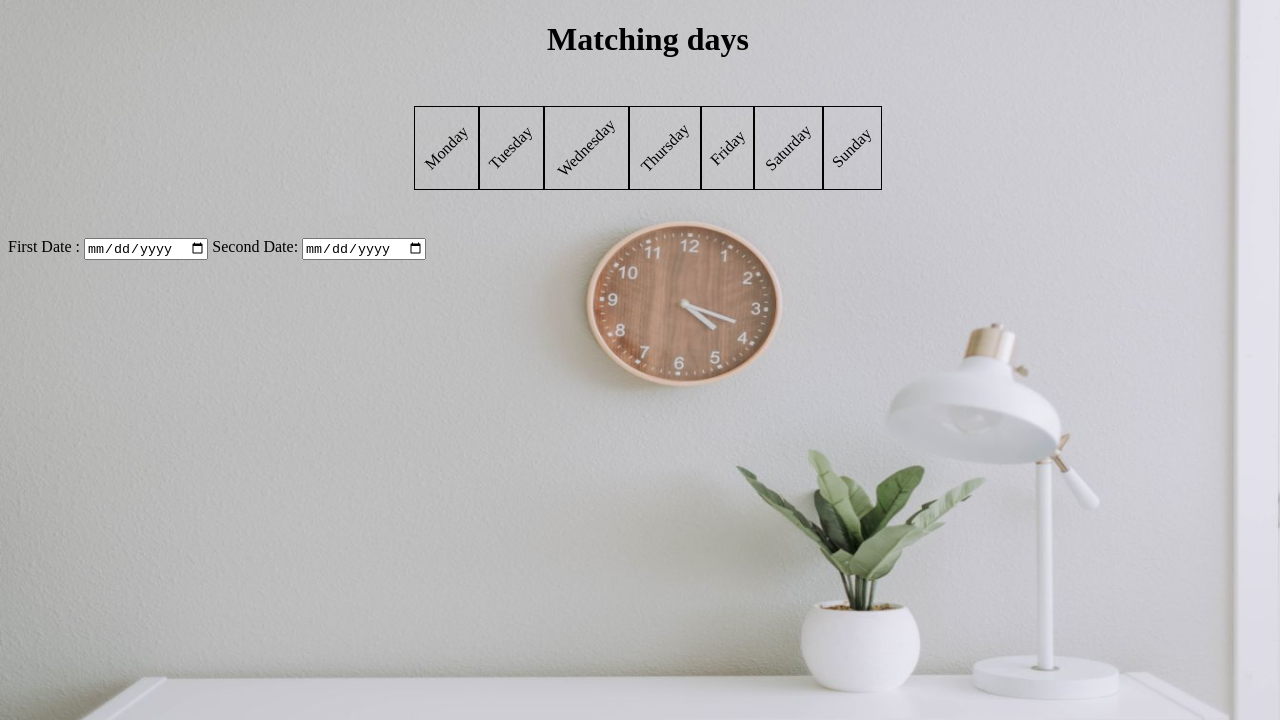
Repository: lasity34/matching-days
Page: index.html
An editor plug-in stored every save of this project. The page is shown before and after the next save, followed by the edit.
The browser window is 1280 px wide. The page is 1288 px wide, so the pictures cover 1288 px, including what lies to the right of the window. The pictures show the whole page.
Some web fonts or font styles are not loaded; a fallback is used. Some web libraries are served in a nearby version.

Above is the page before, as saved 2023-05-10 10:41:23.

After the next save:
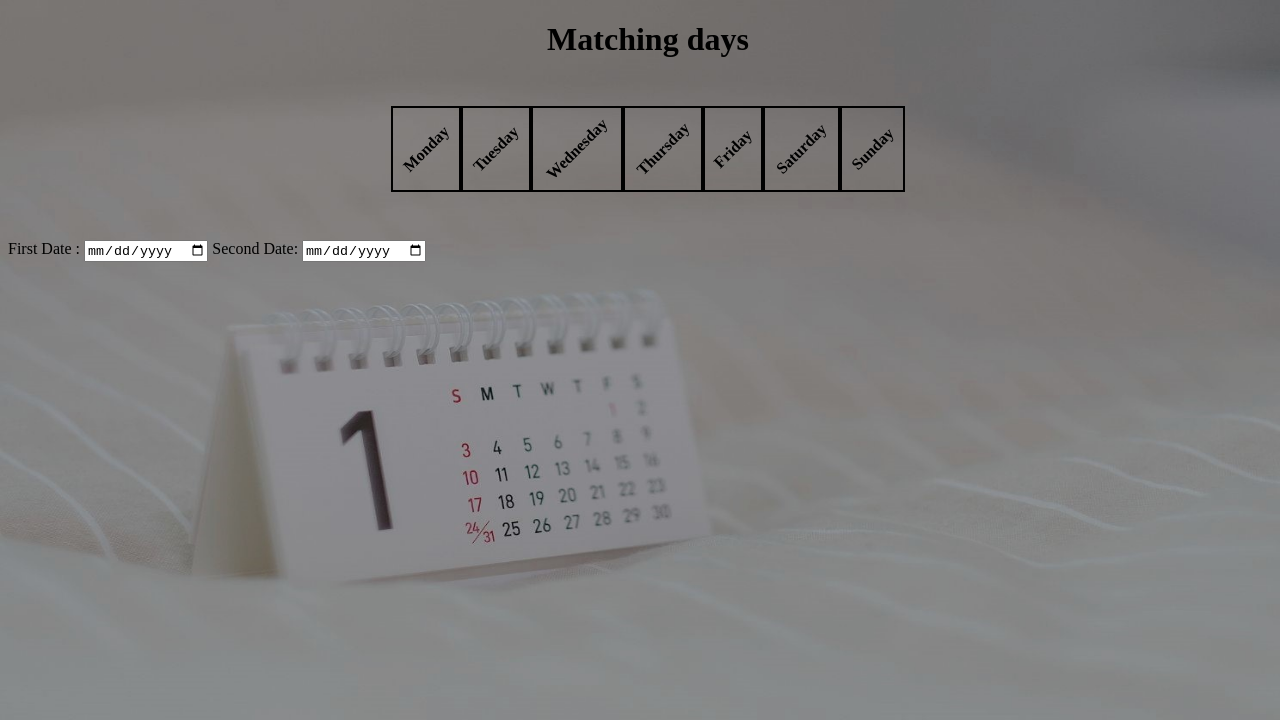
Saved 9 min 34 s later.
--- a/style.css
+++ b/style.css
@@ -1,7 +1,7 @@
 
 html {
     font-family: 'Battambang', cursive;
-    background: url("./Images/background-photo.jpg") no-repeat  center / 100% 100% fixed ;
+    background: url("./Images/background.jpg") no-repeat  center / 100% 100% fixed ;
 }
 
 body {
@@ -20,11 +20,12 @@ h1 {
 }
 
 .day_box {
-    border: 1px solid black;
+    border: 2px solid black;
     padding: 1em 0.3em;
 
 }
 
 .day_text {
     transform: rotate(-45deg);
+    font-weight: 700;
 }
